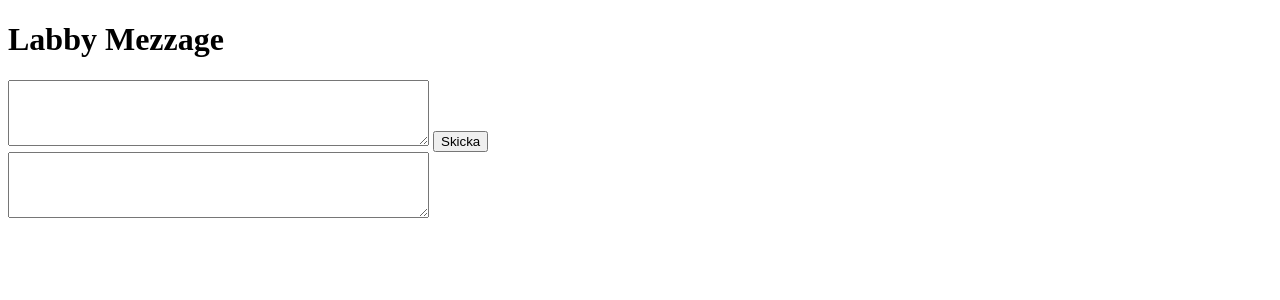
Repository: CarroForslund/1dv403-cf222ev-laborationer
Page: 2-labbymezzage/index.html
The author's editor kept a record of every edit. The page is drawn from the files as they stood at one moment, then again after the next edit.
The browser window is 1280 px wide. The pictures show the whole page.

Above is the page before.
Console error: TypeError: MessageBoard is not a constructor

### 2-labbymezzage/index.html
<!DOCTYPE html>
<html lang="sv">
<head>
	<meta charset="UTF-8" />
 	<title>Labby Mezzage</title>
 	<link rel="style/stylesheet" href="style.css">
 	<script src="js/Message.js"></script>
    <script src="js/MessageBoard.js"></script>
    <script src="js/MessageBoardRun.js"></script>
</head>
    <body>
        <div id="container">
            <h1>Labby Mezzage</h1>
            <div class="board" id="board1">
                <textarea rows="4" cols="50"></textarea>
                <input id="send" type="submit" value="Skicka" />

            </div>
            <div class="board" id="board2">
                <textarea rows="4" cols="50"></textarea>
            </div>
        </div>
    </body>
</html>

### 2-labbymezzage/js/Message.js
"use strict"
function Message(message, date){

    this.getText = function(){
        return message;
    }

    this.setText = function(_text){
        message = text;
    }

    this.getDate = function(){

    }

    this.setDate = function (_date){

    }
}

Message.prototype.toString = function(){
    return this.getText()+" ("+this.getDate()+")";
}

Message.prototype.getHTMLText = function(){
    return text;
}

Message.prototype.getDateText = function(){

}

### 2-labbymezzage/js/MessageBoard.js
"use strict";
var MessageBoard = {



    init:function(e){

        var messages = ["mess0", "mess1", "mess2"];
        messages.push("mess3");

        var mess = new Message("Testmeddelande", new Date());
        alert(mess); //använder toString för utskrift
        alert(mess.getText()); //Skriver enbart ut texten
        mess.setText("En annan text");
        alert(mess); //Skriver ut meddelandet med ändrad text

    }
};

window.onload = function(){
    new MessageBoard();
    new MessageBoard();
};

//console.log(MessageBoard.messages[2].getText());
//window.onload = MessageBoard.init;

Loaded but not shown: 2-labbymezzage/js/MessageBoardRun.js (no copy from this time; the picture is the same without it)

After the next edit:
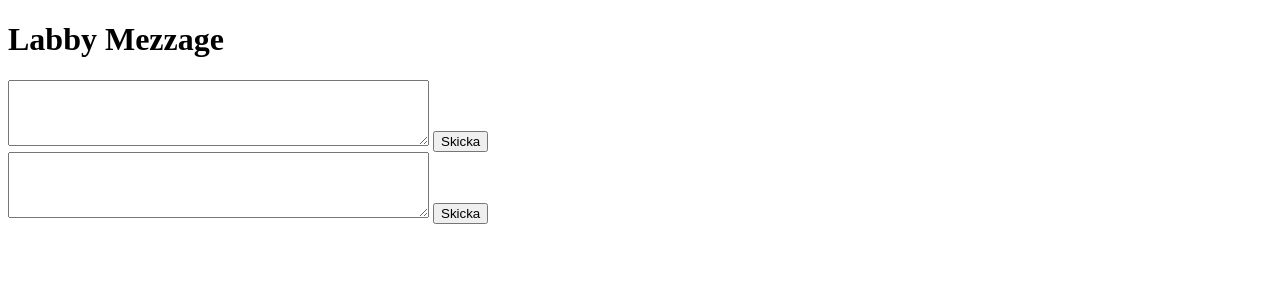
The edit:
--- a/2-labbymezzage/index.html
+++ b/2-labbymezzage/index.html
@@ -18,6 +18,7 @@
             </div>
             <div class="board" id="board2">
                 <textarea rows="4" cols="50"></textarea>
+                <input id="send" type="submit" value="Skicka" />
             </div>
         </div>
     </body>
